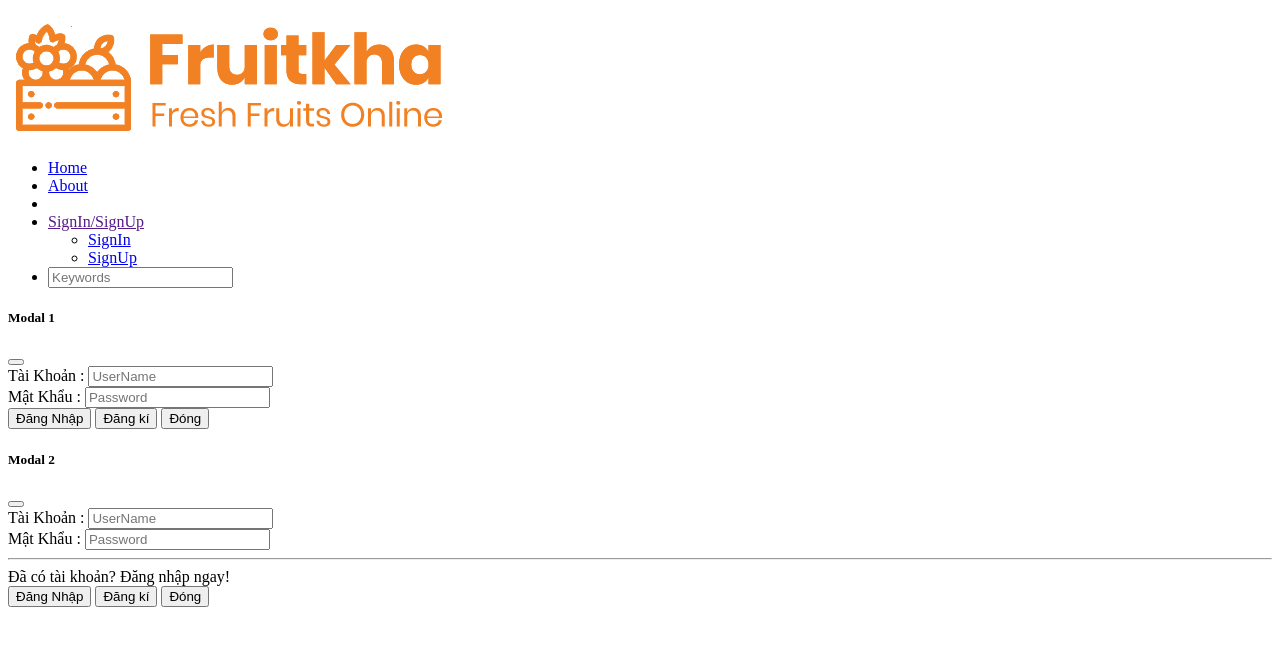
Repository: minhtu5502/Java5
Page: src/main/resources/templates/user/content/nav.html
An editor plug-in stored every save of this project. The page is shown before and after a run of saves, followed by the edit.
The browser window is 1280 px wide. The pictures show the whole page.

Above is the page before, as saved 2022-06-14 09:10:56.

### src/main/resources/templates/user/content/nav.html
<!DOCTYPE html>
<html xmlns:th="http://www.thymeleaf.org" xmlns:layout="http://www.utraq.net.nz/thymeleaf/layout" lang="en">

<head>
    <meta charset="UTF-8">
    <title>Title</title>
</head>

<body>
    <div class="top-header-area bg-dark" id="sticker" th:fragment="nav">
        <div class="container">
            <div class="row">
                <div class="col-lg-12 col-sm-12 text-center">
                    <div class="main-menu-wrap">
                        <!-- logo -->
                        <div class="site-logo">
                            <a href="index.html">
                                <img src="assets/img/logo.png" alt="">
                            </a>
                        </div>
                        <!-- logo -->

                        <!-- menu start -->
                        <nav class="main-menu">
                            <ul>
                                <li class="current-list-item"><a href="Home">Home</a>

                                </li>
                                <li><a href="#">About</a></li>
                                <!-- <li><a href="#">Pages</a>
                                        <ul class="sub-menu">
                                            <li><a href="404.html">404 page</a></li>
                                            <li><a href="about.html">About</a></li>
                                            <li><a href="cart.html">Cart</a></li>
                                            <li><a href="checkout.html">Check Out</a></li>
                                            <li><a href="contact.html">Contact</a></li>
                                            <li><a href="news.html">News</a></li>
                                            <li><a href="shop.html">Shop</a></li>
                                        </ul>
                                    </li>
                                    <li><a href="news.html">News</a>
                                        <ul class="sub-menu">
                                            <li><a href="news.html">News</a></li>
                                            <li><a href="single-news.html">Single News</a></li>
                                        </ul>
                                    </li> -->
                                <!-- <li><a href="#">Contact</a></li> -->
                                <!-- <li><a href="shop.html">Shop</a>
                                        <ul class="sub-menu">
                                            <li><a href="shop.html">Shop</a></li>
                                            <li><a href="checkout.html">Check Out</a></li>
                                            <li><a href="single-product.html">Single Product</a></li>
                                            <li><a href="cart.html">Cart</a></li>
                                        </ul>
                                    </li> -->
                                <li class="offset-7">
                                    <div class="header-icons">
                                        <a class="shopping-cart" href="Cart"><i class="fas fa-shopping-cart"></i></a>
                                    </div>
                                </li>
                                <li><a href="">SignIn/SignUp</a>
                                    <ul class="sub-menu">
                                        <li><a class="btn btn-primary" data-bs-toggle="modal" href="#modalSignIn"
                                                role="button">SignIn</a></li>
                                        <li><a class="btn btn-primary" data-bs-toggle="modal" href="#modalSignUp"
                                                role="button">SignUp</a></li>
                                    </ul>
                                </li>
                                <li>
                                    <div class="header-icons">
                                        <form th:action="${'/Shop/Home'}">
                                            <input type="text" placeholder="Keywords" name="key" id="key">
                                            <a class="mobile-hide search-bar-icon btn" href="#"><i
                                                    class="fas fa-search"></i></a>
                                        </form>
                                    </div>
                                </li>

                            </ul>
                        </nav>
                        <div class="modal fade" id="modalSignIn" aria-hidden="true"
                            aria-labelledby="exampleModalToggleLabel" tabindex="-1">
                            <div class="modal-dialog modal-dialog-centered">
                                <div class="modal-content">
                                    <div class="modal-header">
                                        <h5 class="modal-title" id="exampleModalToggleLabel">Modal 1</h5>
                                        <button type="button" class="btn-close" data-bs-dismiss="modal"
                                            aria-label="Close"></button>
                                    </div>
                                    <form th:action="${BASEURL + UPDATE}">
                                        <div class="modal-body">
                                            <div class="form-group">
                                                <label for="exampleInputName1">Tài Khoản :
                                                </label>
                                                <input type="text" class="form-control" name="username" id="username"
                                                    placeholder="UserName">
                                            </div>
                                            <div class="form-group">
                                                <label for="exampleInputName1">Mật Khẩu :
                                                </label>
                                                <input type="password" class="form-control" name="password"
                                                    id="password" placeholder="Password">
                                            </div>
                                        </div>
                                        <div class="modal-footer">
                                            <button class="btn btn-success">Đăng Nhập</button>

                                            <button class="btn btn-primary" data-bs-target="#modalSignUp"
                                                data-bs-toggle="modal">Đăng kí</button>
                                            <button type="button" class="btn btn-secondary" data-dismiss="modal">Đóng
                                            </button>
                                        </div>
                                    </form>
                                </div>
                            </div>
                        </div>
                    </div>
                    <div class="modal fade" id="modalSignUp" aria-hidden="true"
                        aria-labelledby="exampleModalToggleLabel2" tabindex="-1">
                        <div class="modal-dialog modal-dialog-centered">
                            <div class="modal-content">
                                <div class="modal-header">
                                    <h5 class="modal-title" id="exampleModalToggleLabel2">Modal 2</h5>
                                    <button type="button" class="btn-close" data-bs-dismiss="modal"
                                        aria-label="Close"></button>
                                </div>
                                <form th:action="${BASEURL + UPDATE}">
                                    <div class="modal-body">
                                        <div class="form-group">
                                            <label for="exampleInputName1">Tài Khoản :
                                            </label>
                                            <input type="text" class="form-control" name="username" id="username"
                                                placeholder="UserName">
                                        </div>
                                        <div class="form-group">
                                            <label for="exampleInputName1">Mật Khẩu :
                                            </label>
                                            <input type="password" class="form-control" name="password" id="password"
                                                placeholder="Password">
                                        </div>
                                        <hr>
                                        <a>Đã có tài khoản? Đăng nhập ngay!</a>
                                    </div>
                                    <div class="modal-footer">
                                        <button class="btn btn-success">Đăng Nhập</button>

                                        <button class="btn btn-primary" data-bs-target="#modalSignUp"
                                            data-bs-toggle="modal">Đăng kí</button>
                                        <button type="button" class="btn btn-secondary" data-dismiss="modal">Đóng
                                        </button>
                                    </div>
                                </form>
                            </div>
                        </div>
                    </div>
                </div>
            </div>
        </div>
    </div>
    </div>
</body>

</html>

After the next 2 saves:
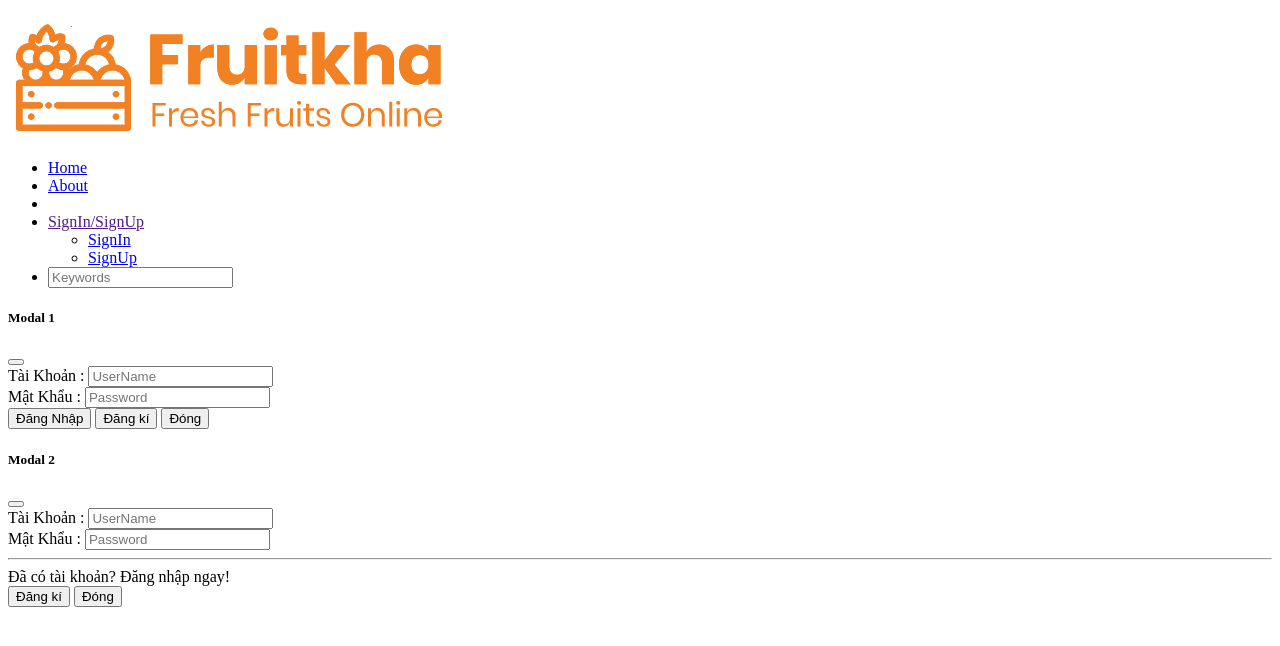
The 2 saves are shown as one change because they came seconds apart.
The last was saved 25 s later.
--- a/src/main/resources/templates/user/content/nav.html
+++ b/src/main/resources/templates/user/content/nav.html
@@ -142,10 +142,7 @@
                                         <a>Đã có tài khoản? Đăng nhập ngay!</a>
                                     </div>
                                     <div class="modal-footer">
-                                        <button class="btn btn-success">Đăng Nhập</button>
-
-                                        <button class="btn btn-primary" data-bs-target="#modalSignUp"
-                                            data-bs-toggle="modal">Đăng kí</button>
+                                        <button class="btn btn-success">Đăng kí</button>
                                         <button type="button" class="btn btn-secondary" data-dismiss="modal">Đóng
                                         </button>
                                     </div>
